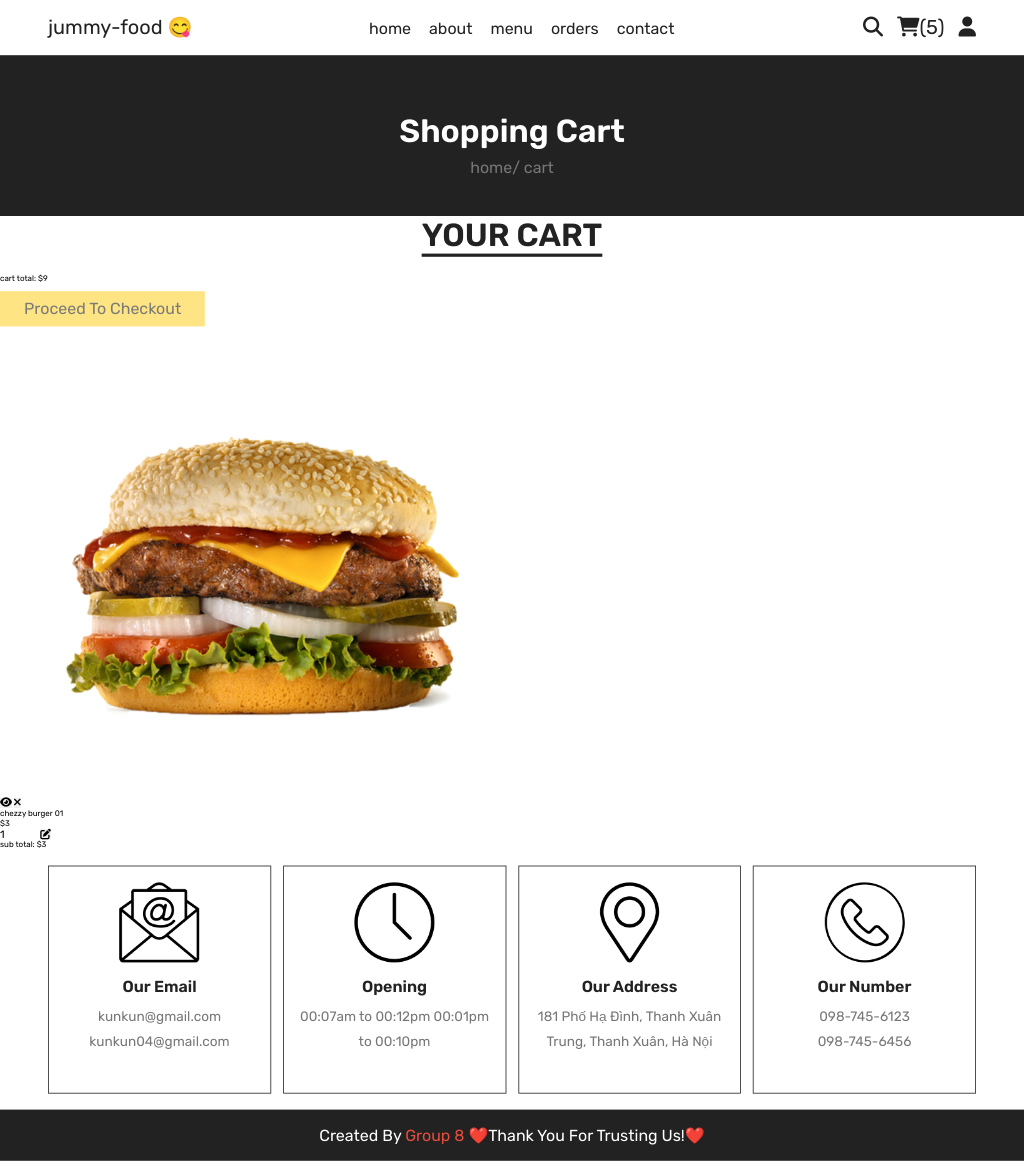
Repository: VuongLinhDinh/jummy_food
Page: cart.html
An editor plug-in stored every save of this project. The page is shown before and after the next save, followed by the edit.
The browser window is 1280 px wide. The pictures show the whole page, at 80% of full size.
Some web libraries are served in a nearby version.

Above is the page before, as saved 2023-11-11 18:36:24.

### cart.html
<!DOCTYPE html>
<html lang="en">
<head>
    <meta charset="UTF-8">
    <meta name="viewport" content="width=device-width, initial-scale=1.0">
    <title>Cart</title>
    <!-- font awesome cdn link -->
    <link rel="stylesheet" href="https://cdnjs.cloudflare.com/ajax/libs/font-awesome/6.1.1/css/all.min.css">
    <!-- custom css -->
    <link rel="stylesheet" href="./css/style.css">
</head>
<body>
    <!-- header section starts  -->
    <header class="header">
        <section class="flex">
            <a href="home.html" class="logo">jummy-food 😋</a>
            <nav class="navbar">
                <a href="home.html">home</a>
                <a href="about.html">about</a>
                <a href="menu.html">menu</a>
                <a href="orders.html">orders</a>
                <a href="contact.html">contact</a>
            </nav>
            <div class="icons">
                <a href="search.html"><i class="fas fa-search"></i></a>
                <a href="cart.html"><i class="fas fa-shopping-cart"></i><span>(5)</span></a>
                <div id="user-btn" class="fas fa-user"></div>
                <div id="menu-btn" class="fas fa-bars"></div>
            </div>
            <div class="profile">
                <p class="name">Kun Aquero</p>
                <div class="flex">
                    <a href="profile.html" class="btn">profile</a>
                    <a href="#" class="delete-btn">logout</a>
                </div>
                <p class="account"><a href="login.html">login</a> or <a href="login.html">register</a></p>
            </div>
        </section>
    </header>
    <!-- header section end  -->
    <div class="heading">
        <h3>shopping cart</h3>
        <p><a href="home.html">home</a><span>/ cart</span></p>
    </div>
    <!-- shopping cart section stars  -->
    <div class="products">
        <h1 class="title">your cart</h1>
        <div class="cart-total">
            <p>cart total: <span>$9</span></p>
            <a href="checkout.html" class="btn">proceed to checkout</a>
        </div>
        <div class="box-conatiner">
            <form action="#" method="post" class="box">
                <button type="submit" class="fas fa-eye" name="quick-view"></button>
                <button type="submit" class="fas fa-times" name="detele" onclick="return confirm('delete this item?');"></button>
                <img src="uploaded_img/burger-1.png" alt="">
                <div class="name">chezzy burger 01</div>
                <div class="flex">
                    <div class="price"><span>$</span>3</div>
                    <input type="number" class="qty" name="qty" min="1" max="99" value="1"
                    onkeypress="if(this.value.length == 2) return false;">
                    <button type="submit" class="fas fa-edit"></button>
                </div>
                <div class="sub-total">sub total: <span>$3</span></div>
            </form>
        </div>
    </div>
    <!-- shopping cart section end  -->







    <!-- footer section starts  -->
    <footer class="footer">
        <section class="grid">
            <div class="box">
                <img src="images/email-icon.png" alt="">
                <h3>our email</h3>
                <a href="mailto:kunkun@gmail.com">kunkun@gmail.com</a>
                <a href="mailto:kun04@gmail.com">kunkun04@gmail.com</a>
            </div>

            <div class="box">
                <img src="images/clock-icon.png" alt="">
                <h3>opening</h3>
                <p>
                    00:07am to 00:12pm
                    00:01pm to 00:10pm
                </p>
            </div>

            <div class="box">
                <img src="images/map-icon.png" alt="">
                <h3>our address</h3>
                <a href="https://www.google.com/maps/place/181+P.+H%E1%BA%A1+%C4%90%C3%ACnh,+H%E1%BA%A1+%C4%90%C3%ACnh,+Thanh+Xu%C3%A2n,+H%C3%A0+N%E1%BB%99i,+Vi%E1%BB%87t+Nam/@20.9891313,105.8056888,17z/data=!3m1!4b1!4m5!3m4!1s0x3135ac952468595f:0xd4c0347109838030!8m2!3d20.9891263!4d105.8082691?hl=vi-VN&entry=ttu">181 Phố Hạ Đình, Thanh Xuân Trung, Thanh Xuân, Hà Nội</a>
            </div>

            <div class="box">
                <img src="images/phone-icon.png" alt="">
                <h3>our number</h3>
                <a href="tel:0987456123">098-745-6123</a>
                <a href="tel:0987456456">098-745-6456</a>
            </div>
        </section>
        <div class="credit">created by <span>group 8</span> ❤️Thank you for trusting us!❤️</div>
    </footer>
    <!-- footer section end  -->
    <!-- custom js file -->
    <script src="./js/script.js"></script>
</body>
</html>

### css/style.css
@import url('https://fonts.googleapis.com/css2?family=Nunito:wght@200;300;400;600;700&family=Rubik:wght@300;400;500;600&display=swap');
:root {
    --yellow: #fed330;
    --red: #e74c3c;
    --white: #fff;
    --black: #222;
    --light-color: #777;
    --border: .1rem solid var(--black);
}
*{
    font-family: 'Rubik', sans-serif;
    margin: 0; padding: 0;
    box-sizing: border-box;
    outline: none; border: none;
    text-decoration: none;
}
*::selection {
    background-color: var(--yellow);
    color: var(--white);
}
::-webkit-scrollbar {
    height: 0.5rem;
    width: 1rem;
}
::-webkit-scrollbar-track {
    background-color: transparent;
}
::-webkit-scrollbar-thumb {
    background-color: var(--yellow);
}
html {
    font-size:  62.5%;
    overflow-x: hidden;
    scroll-behavior: smooth;
    stop-opacity: 7rem;
}
section {
    margin: 0 auto;
    max-width: 1200px;
    padding: 2rem;
}
.title {
    text-align: center;
    margin-bottom: 2.5rem;
    font-size: 4rem;
    color: var(--black);
    text-transform: uppercase;
    text-decoration: underline;
    text-underline-offset: 1rem;
}
.heading {
    display: flex;
    align-items: center;
    justify-content: center;
    gap: 1rem;
    flex-flow: column;
    background-color: var(--black);
    min-height: 20rem;
}
.heading h3 {
    font-size: 4rem;
    color: var(--white);
    text-transform: capitalize;
    margin-top: 2rem;
}
.heading p {
    font-size: 2rem;
}
.heading p a {
    color: var(--light-color);
}
.heading p a:hover {
    text-decoration: underline;
    color: var(--yellow);
}
.heading p span {
    color: var(--light-color);
}
.btn, .delete-btn {
    margin-top: 1rem;
    display: inline-block;
    font-size: 2rem;
    padding: 1rem 3rem;
    opacity: .6;
    cursor: pointer;
}
.btn:hover, .delete-btn:hover {
    /* letter-spacing: .2rem; */
    transition:  .2s linear;
    opacity: 1;
}
.btn {
    background-color: var(--yellow);
    color: var(--black);
    text-transform: capitalize;
}
.delete-btn {
    background-color: var(--red);
    color: var(--white);
}
.header {
    position: sticky;
    top: 0; left: 0; right: 0;
    z-index: 1000;
    background-color: var(--white);
    border-bottom: var(--border);
}
.header .flex {
    display: flex;
    align-items: center;
    justify-content: space-between;
    position: relative;
}
.header .flex .logo {
    font-size: 2.5rem;
    color: var(--black);
}
.header .flex .navbar a {
    font-size: 2rem;
    color: var(--black);
    margin: 0 1rem;

}
.header .flex .navbar a:hover {
    color: var(--yellow);
    text-decoration: underline;
}
.header .flex .icons > * {
    margin-left: 1.5rem;
    font-size: 2.5rem;
    color: var(--black);
    cursor: pointer;
}
.header .flex .icons > *:hover {
    color: var(--yellow);
}
#menu-btn {
    display: none;
}
.header .flex .profile {
    background-color: var(--white);
    border: var(--border);
    padding: 1.5rem;
    text-align: center;
    position: absolute;
    top: 125%; right: 2rem;
    width: 30rem;
    display: none;
    animation: fadeIn .2s linear;
}
.header .flex .profile.active {
    display: block;
}
@keyframes fadeIn {
    0% {
        transform: translateY(1rem);
    }
}
.header .flex .profile .name {
    font-size: 2rem;
    color: var(--black);
    margin-bottom: 1rem;
}
.header .flex .profile .account {
    margin-top: 1rem;
    font-size: 2rem;
    color: var(--light-color);
}
.header .flex .profile .account a {
    color: var(--black);
}
.header .flex .profile .account a:hover {
    color: var(--yellow);
    text-decoration: underline;
}
.hero .slide {
    display: flex;
    align-items: center;
    flex-wrap: wrap-reverse;
    gap: 2rem;
    margin-bottom: 4rem;
}
.hero .slide .image {
    flex: 1 1 40rem;
}
.hero .slide .image img {
    width: 100%;
}
.hero .slide .content {
    flex: 1 1 40rem;
    text-align: center;
}
.hero .slide .content span {
    font-size: 2.5rem;
    color: var(--light-color);
}
.hero .slide .content h3 {
    margin: 1rem 0;
    font-size: 6rem;
    color: var(--black);
    text-transform: capitalize;
}
.swiper-pagination-bullet-active{
    background-color: var(--yellow);
}
.category .box-container {
    display: grid;
    grid-template-columns: repeat(auto-fit, minmax(27rem, 1fr));
    gap: 1.5rem;
    align-items: flex-start;
}
.category .box-container .box {
    border: var(--border);
    padding: 2rem;
    padding-bottom: 5rem;
    text-align: center;
}
.category .box-container .box img {
    width: 100%;
    height: 10rem;
    object-fit: contain;
}
.category .box-container .box h3 {
    font-size: 2rem;
    margin-top: 1.5rem;
    color: var(--black);
    text-transform: capitalize;
}
.category .box-container .box:hover {
    background-color: var(--black);
}
.category .box-container .box:hover img {
    filter: invert(1);
}
.category .box-container .box:hover h3 {
    color: var(--white);
}
.products .box-container {
    display: grid;
    grid-template-columns: repeat(auto-fit, 33rem);
    justify-content: center;
    align-items: flex-start;
    gap: 1.5rem;
}
.products .box-container .box {
    border: var(--border);
    padding: 2rem;
    position: relative;
    overflow: hidden;
    margin-bottom: 1rem;
}
.products .box-container .box img {
    width: 100%;
    height: 25rem;
    object-fit: contain;
}
.products .box-container .box .fa-eye,
.products .box-container .box .fa-shopping-cart {
    position: absolute;
    top: 1rem;
    height: 4.5rem; width: 4.5rem;
    line-height: 4.3rem;
    border: var(--border);
    background-color: var(--white);
    cursor: pointer;
    font-size: 2rem;
    color: var(--black);
    transition: .2s linear;
}
.products .box-container .box .fa-eye:hover,
.products .box-container .box .fa-shopping-cart:hover {
    background-color: var(--black);
    color: var(--white);
}
.products .box-container .box .fa-eye {
    left: -10rem;
}
.products .box-container .box .fa-shopping-cart {
    right: -10rem;
}
.products .box-container .box:hover .fa-eye {
    left: 1rem;
}
.products .box-container .box:hover .fa-shopping-cart {
    right: 1rem;
}
.products .box-container .box .cat {
    font-size: 1.8rem;
    color: var(--light-color);
}
.products .box-container .box .cat:hover {
    color: var(--black);
    text-decoration: underline;
}
.products .box-container .box .name {
    font-size: 2rem;
    color: var(--black);
    margin: 1rem 0;
}
.products .box-container .box .flex {
    display: flex;
    align-items: center;
    gap: 1.5rem;
    margin-top: 1rem;
}
.products .box-container .box .flex .price {
    margin-right: auto;
    font-size: 2.5rem;
    color: var(--black);
}
.products .box-container .box .flex .price span {
    color: var(--light-color);
    font-size: 1.8rem;

}
.products .box-container .box .flex .qty {
    padding: 1rem;
    border: var(--border);
    font-size: 1.8rem;
    color: var(--black);
}
.products .more-btn {
    margin-top: 2rem;
    text-align: center;
}
.about .row {
    display: flex;
    align-items: center;
    flex-wrap: wrap;
    gap: 1.5rem;
}
.about .row .image {
    flex: 1 1 40rem;
}
.about .row .image img {
    width: 100%;
}
.about .row .content {
    flex: 1 1 40rem;
    text-align: center;
}
.about .row .content h3{
    font-size: 3rem;
    color: var(--black);
    text-transform: capitalize;
    margin-bottom: 2rem;
}
.about .row .content p {
    padding: 1rem 0;
    line-height: 2;
    font-size: 1.8rem;
    color: var(--light-color);
}
.about .row .content a {
    text-transform: capitalize;

}
.steps .box-container {
    display: grid;
    grid-template-columns: repeat(auto-fit, minmax(30rem, 1fr));
    gap: 1.5rem;
    align-items: flex-start;
}
.steps .box-container .box {
    text-align: center;
    border: var(--border);
    padding: 2rem;
}
.steps .box-container .box img {
    height: 10rem;
    width: 100%;
    object-fit: contain;
}
.steps .box-container .box h3 {
    font-size: 2.3rem;
    margin: 1rem 0;
    color: var(--black);
    text-transform: capitalize;
}
.steps .box-container .box p {
    line-height: 2;
    font-size: 1.6rem;
    color: var(--light-color);
    text-transform: capitalize;
}
.reviews .slide {
    margin-bottom: 4rem;
    border: var(--border);
    padding: 2rem;
    text-align: center;
}
.reviews .slide img {
    height: 10rem;
    width: 10rem;
    margin-bottom: .5rem;
    border-radius: 50%;
}
.reviews .slide p {
    padding: 1rem 0;
    line-height: 2;
    font-size: 1.5rem;
    color: var(--light-color);
}
.reviews .slide .stars {
    display: inline-block;
    padding: 1rem 2rem;
}
.reviews .slide .stars i {
    font-size: 1.8rem;
    color: var(--yellow);
}
.reviews .slide h3 {
    font-size: 2.5rem;
    margin-top: 1.5rem;
    color: var(--black);
    text-transform: capitalize;
}
.contact .row {
    display: flex;
    align-items: center;
    flex-wrap: wrap;
    gap: 1.5rem;
}
.contact .row .image {
    flex: 1 1 40rem;
}
.contact .row .image img {
    width: 100%;
}
.contact .row form {
    border: var(--border);
    flex: 1 1 40rem;
    padding: 2rem;
    text-align: center;
}
.contact .row form h3 {
    font-size: 2rem;
    color: var(--black);
    margin-bottom: 1rem;
   text-transform: capitalize;
}
.contact .row form .box {
    width: 100%;
    margin: 1rem 0;
    font-size: 1.8rem;
    color: var(--black);
    border: var(--border);
    padding: 1.4rem;
}
.contact .row form textarea {
    height: 15rem;
    resize: none;
}
.search-form form {
    display: flex;
    gap: 1rem;
}
.search-form form .box {
    width: 100%;
    border: var(--border);
    border-radius: 5rem;
    padding: 1.4rem;
    font-size: 1.8rem;
    color: var(--black);
}
.search-form form .fa-search {
    width: 5rem;
    font-size: 3.5rem;
    background-color: var(--white);
    color: var(--black);
    cursor: pointer;
}
.search-form form .fa-search:hover {
    color: var(--yellow);
}





































.footer .grid {
    display: grid;
    grid-template-columns: repeat(auto-fit, minmax(27rem, 1fr));
    gap: 1.5rem;
    align-items: flex-start;
}
.footer .grid .box {
    border: var(--border);
    padding: 2rem;
    padding-bottom: 5rem;
    text-align: center;
}
.footer .grid .box img {
    height: 10rem;
    width: 100%;
    object-fit: contain;
    margin-bottom: .5rem;
}
.footer .grid .box h3 {
    margin: 1rem 0;
    font-size: 2rem;
    color: var(--black);
    text-transform: capitalize;
}
.footer .grid .box p,
.footer .grid .box a {
    display: block;
    font-size: 1.7rem;
    color: var(--light-color);
    line-height: 1.8;
}
.footer .grid .box a:hover {
    text-decoration: underline;
}
.credit {
    padding: 2rem;
    text-align: center;
    background-color: var(--black);
    color: var(--white);
    font-size: 2rem;
    text-transform: capitalize;
}
.credit span {
    color: var(--red);

}

/* media query  */
@media (max-width: 991px) {
    html {
        font-size: 55%;
    }
}
@media (max-width: 768px) {
    #menu-btn {
        display: inline-block;
    }
    .header .flex .navbar {
        position: absolute;
        top: 99%; left: 0; right: 0;
        border-top: var(--border);
        border-bottom: var(--border);
        background-color: var(--white);
        transition:  .2s linear;
        clip-path: polygon(0 0, 100% 0, 100% 0, 0 0);
    }
    .header .flex .navbar a {
        display: block;
        margin: 2rem;
    }
    .header .flex .navbar.active {
        clip-path: polygon(0 0, 100% 0, 100% 100%, 0 100%);
    }
}
@media (max-width: 450px) {
    html {
        font-size: 50%
    }
    .title {
        font-size: 3rem;
    }
    .header .flex .logo {
        font-size: 2rem;
    }
    .hero .slide .content h3 {
        font-size: 5rem;
    }

}

### js/script.js
navbar = document.querySelector('.header .flex .navbar');
document.querySelector('#menu-btn').onclick = () => {
    navbar.classList.toggle('active');
    profile.classList.remove('active');
}
profile = document.querySelector('.header .flex .profile');
document.querySelector('#user-btn').onclick = () => {
    profile.classList.toggle('active');
    navbar.classList.remove('active');
}
window.onscroll = () => {
    navbar.classList.remove('active');
    profile.classList.remove('active');
}

After the next save:
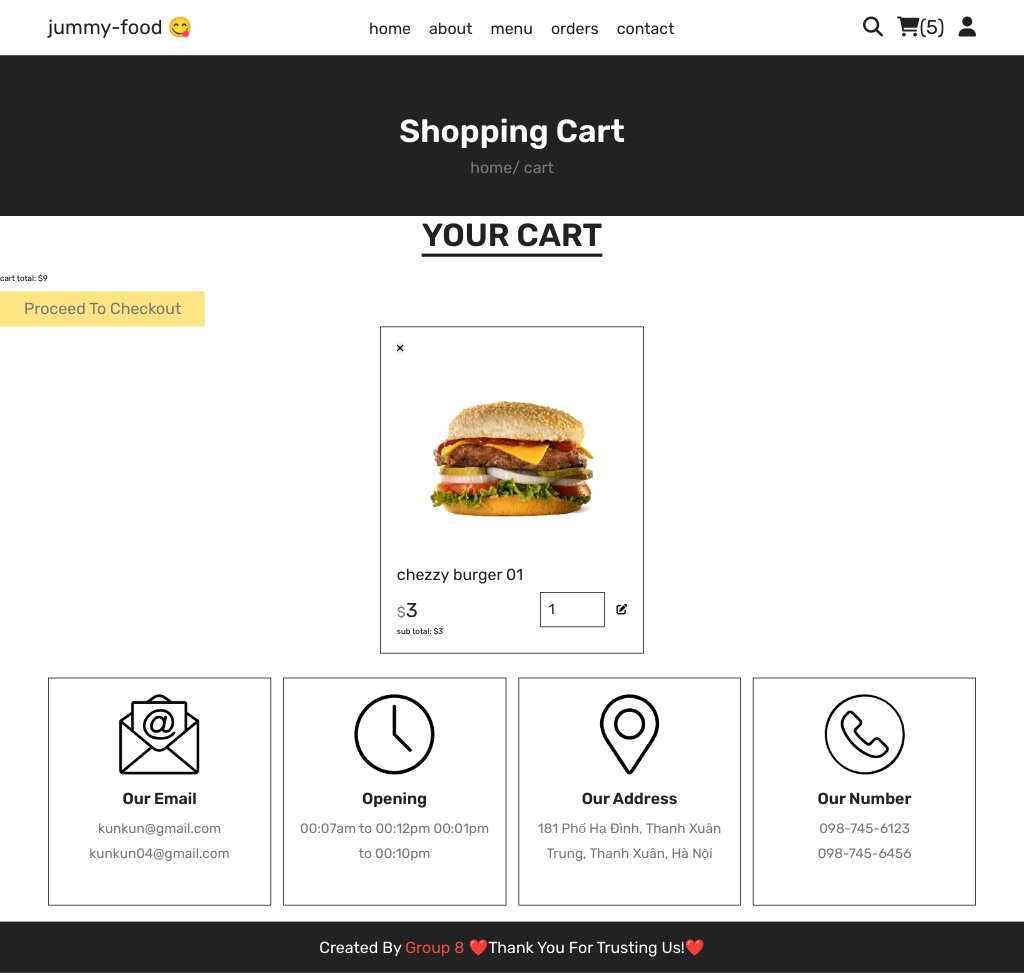
Saved 4 min 19 s later.
--- a/cart.html
+++ b/cart.html
@@ -49,7 +49,7 @@
             <p>cart total: <span>$9</span></p>
             <a href="checkout.html" class="btn">proceed to checkout</a>
         </div>
-        <div class="box-conatiner">
+        <div class="box-container">
             <form action="#" method="post" class="box">
                 <button type="submit" class="fas fa-eye" name="quick-view"></button>
                 <button type="submit" class="fas fa-times" name="detele" onclick="return confirm('delete this item?');"></button>
